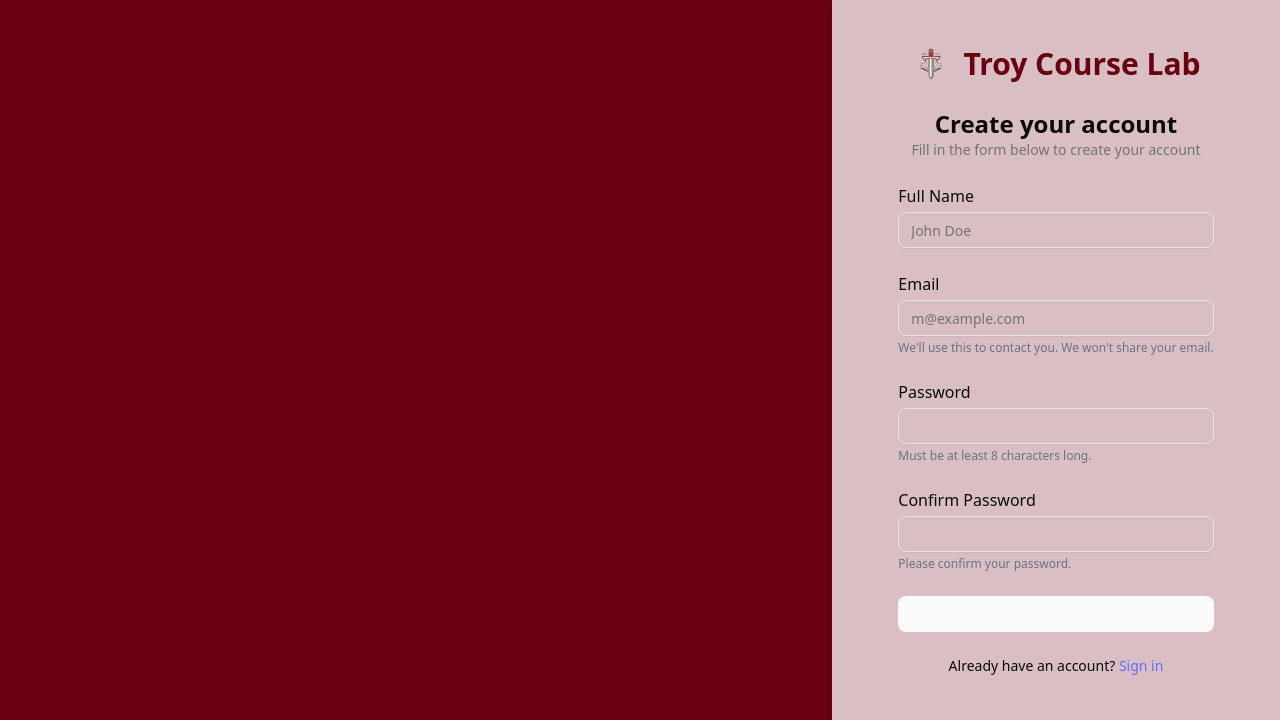
Repository: toilatrung/auth-ui-kit
Page: /register
The author's editor kept a copy of each file at every save. The page is drawn from the files as they stood at one save, then again after the next save.
The browser window is 1280 px wide. The pictures show the whole page.
The project was rebuilt for these pictures with package versions that can differ from the ones it lists, and the page was loaded fresh each time. Also part of the build but not shown: vite.config.ts, src/pages/LoginPage.tsx.

Above is the page before, as saved 2025-11-01 17:43:06.

### index.html
<!doctype html>
<html lang="vi">
  <head>
    <meta charset="UTF-8" />
    <link rel="icon" type="image/svg+xml" href="/troy_logo.svg" />
    <meta name="viewport" content="width=device-width, initial-scale=1.0" />
    <title>features_lib</title>
  </head>
  <body>
    <div id="root"></div>
    <script type="module" src="/src/main.tsx"></script>
  </body>
</html>

### src/index.css
@import url('https://fonts.googleapis.com/css2?family=Montserrat:ital,wght@0,100..900;1,100..900&display=swap');
@import "tailwindcss";
@import "tw-animate-css";

@custom-variant dark (&:is(.dark *));

:root {
  font-family: system-ui, Avenir, Helvetica, Arial, sans-serif;
  line-height: 1.5;
  font-weight: 400;

  color-scheme: light dark;
  color: rgba(255, 255, 255, 0.87);
  background-color: #242424;

  font-synthesis: none;
  text-rendering: optimizeLegibility;
  -webkit-font-smoothing: antialiased;
  -moz-osx-font-smoothing: grayscale;
  --radius: 0.625rem;
  --background: oklch(1 0 0);
  --foreground: oklch(0.145 0 0);
  --card: oklch(1 0 0);
  --card-foreground: oklch(0.145 0 0);
  --popover: oklch(1 0 0);
  --popover-foreground: oklch(0.145 0 0);
  --primary: oklch(0.205 0 0);
  --primary-foreground: oklch(0.985 0 0);
  --secondary: oklch(0.97 0 0);
  --secondary-foreground: oklch(0.205 0 0);
  --muted: oklch(0.97 0 0);
  --muted-foreground: oklch(0.556 0 0);
  --accent: oklch(0.97 0 0);
  --accent-foreground: oklch(0.205 0 0);
  --destructive: oklch(0.577 0.245 27.325);
  --border: oklch(0.922 0 0);
  --input: oklch(0.922 0 0);
  --ring: oklch(0.708 0 0);
  --chart-1: oklch(0.646 0.222 41.116);
  --chart-2: oklch(0.6 0.118 184.704);
  --chart-3: oklch(0.398 0.07 227.392);
  --chart-4: oklch(0.828 0.189 84.429);
  --chart-5: oklch(0.769 0.188 70.08);
  --sidebar: oklch(0.985 0 0);
  --sidebar-foreground: oklch(0.145 0 0);
  --sidebar-primary: oklch(0.205 0 0);
  --sidebar-primary-foreground: oklch(0.985 0 0);
  --sidebar-accent: oklch(0.97 0 0);
  --sidebar-accent-foreground: oklch(0.205 0 0);
  --sidebar-border: oklch(0.922 0 0);
  --sidebar-ring: oklch(0.708 0 0);
}

a {
  font-weight: 500;
  color: #646cff;
  text-decoration: inherit;
}
a:hover {
  color: #535bf2;
}

body {
  margin: 0;
  min-width: 320px;
  min-height: 100vh;
}

h1 {
  font-size: 3.2em;
  line-height: 1.1;
}

button {
  border-radius: 8px;
  border: 1px solid transparent;
  padding: 0.6em 1.2em;
  font-size: 1em;
  font-weight: 500;
  font-family: inherit;
  background-color: #1a1a1a;
  cursor: pointer;
  transition: border-color 0.25s;
}
button:hover {
  border-color: #646cff;
}
button:focus,
button:focus-visible {
  outline: 4px auto -webkit-focus-ring-color;
}

@media (prefers-color-scheme: light) {
  :root {
    color: #213547;
    background-color: #ffffff;
  }
  a:hover {
    color: #747bff;
  }
  button {
    background-color: #f9f9f9;
  }
}

@theme inline {
  --radius-sm: calc(var(--radius) - 4px);
  --radius-md: calc(var(--radius) - 2px);
  --radius-lg: var(--radius);
  --radius-xl: calc(var(--radius) + 4px);
  --color-background: var(--background);
  --color-foreground: var(--foreground);
  --color-card: var(--card);
  --color-card-foreground: var(--card-foreground);
  --color-popover: var(--popover);
  --color-popover-foreground: var(--popover-foreground);
  --color-primary: var(--primary);
  --color-primary-foreground: var(--primary-foreground);
  --color-secondary: var(--secondary);
  --color-secondary-foreground: var(--secondary-foreground);
  --color-muted: var(--muted);
  --color-muted-foreground: var(--muted-foreground);
  --color-accent: var(--accent);
  --color-accent-foreground: var(--accent-foreground);
  --color-destructive: var(--destructive);
  --color-border: var(--border);
  --color-input: var(--input);
  --color-ring: var(--ring);
  --color-chart-1: var(--chart-1);
  --color-chart-2: var(--chart-2);
  --color-chart-3: var(--chart-3);
  --color-chart-4: var(--chart-4);
  --color-chart-5: var(--chart-5);
  --color-sidebar: var(--sidebar);
  --color-sidebar-foreground: var(--sidebar-foreground);
  --color-sidebar-primary: var(--sidebar-primary);
  --color-sidebar-primary-foreground: var(--sidebar-primary-foreground);
  --color-sidebar-accent: var(--sidebar-accent);
  --color-sidebar-accent-foreground: var(--sidebar-accent-foreground);
  --color-sidebar-border: var(--sidebar-border);
  --color-sidebar-ring: var(--sidebar-ring);
}

.dark {
  --background: oklch(0.145 0 0);
  --foreground: oklch(0.985 0 0);
  --card: oklch(0.205 0 0);
  --card-foreground: oklch(0.985 0 0);
  --popover: oklch(0.205 0 0);
  --popover-foreground: oklch(0.985 0 0);
  --primary: oklch(0.922 0 0);
  --primary-foreground: oklch(0.205 0 0);
  --secondary: oklch(0.269 0 0);
  --secondary-foreground: oklch(0.985 0 0);
  --muted: oklch(0.269 0 0);
  --muted-foreground: oklch(0.708 0 0);
  --accent: oklch(0.269 0 0);
  --accent-foreground: oklch(0.985 0 0);
  --destructive: oklch(0.704 0.191 22.216);
  --border: oklch(1 0 0 / 10%);
  --input: oklch(1 0 0 / 15%);
  --ring: oklch(0.556 0 0);
  --chart-1: oklch(0.488 0.243 264.376);
  --chart-2: oklch(0.696 0.17 162.48);
  --chart-3: oklch(0.769 0.188 70.08);
  --chart-4: oklch(0.627 0.265 303.9);
  --chart-5: oklch(0.645 0.246 16.439);
  --sidebar: oklch(0.205 0 0);
  --sidebar-foreground: oklch(0.985 0 0);
  --sidebar-primary: oklch(0.488 0.243 264.376);
  --sidebar-primary-foreground: oklch(0.985 0 0);
  --sidebar-accent: oklch(0.269 0 0);
  --sidebar-accent-foreground: oklch(0.985 0 0);
  --sidebar-border: oklch(1 0 0 / 10%);
  --sidebar-ring: oklch(0.556 0 0);
}

@layer base {
  * {
    @apply border-border outline-ring/50;
  }
  body {
    @apply bg-background text-foreground;
  }
}

### src/App.tsx
import LoginPage from "./pages/LoginPage";
import RegisterPage from "./pages/RegisterPage";
import { BrowserRouter, Routes, Route } from "react-router-dom";

{/* TEST FEATURES */}
function App() {
  return (
    <>
      <BrowserRouter>
        <Routes>
          <Route
            path="/login"
            element={<LoginPage />}
          />
          <Route
            path="/register"
            element={<RegisterPage />}
          />
        </Routes>
      </BrowserRouter>
    </>
  )
}

export default App

### src/pages/RegisterPage.tsx
import { RegisterForm } from "@/components/auth/register-form"

const RegisterPage = () => {
  return (
    <div className="flex min-h-screen bg-[#680011]">
      {/* Phần form chiếm toàn bộ chiều cao, nằm bên phải */}
      <div className="flex flex-col justify-center items-center w-full max-w-md ml-auto bg-white/75 backdrop-blur-sm p-10 shadow-lg">
        {/* Logo + Title */}
        <div className="flex items-center justify-center gap-3 mb-6">
          <img
            src="/tcl_logo.svg"
            alt="Troy Logo"
            className="h-10 w-10"
          />
          <span className="text-3xl font-semibold text-[#680011]">
            Troy Course Lab
          </span>
        </div>

        {/* Form */}
        <RegisterForm />
      </div>
    </div>
  )
}

export default RegisterPage

### src/components/auth/register-form.tsx
import { z } from "zod"
import { useForm } from "react-hook-form"
import { zodResolver } from "@hookform/resolvers/zod"
import { cn } from "@/lib/utils"
import { Button } from "@/components/ui/button"
import { Input } from "@/components/ui/input"

const formSchema = z
  .object({
    name: z.string().min(1, "Full name is required"),
    email: z.string().email("Invalid email address"),
    password: z.string().min(8, "Password must be at least 8 characters"),
    confirmPassword: z.string().min(8, "Please confirm your password"),
  })
  .refine((data) => data.password === data.confirmPassword, {
    message: "Passwords do not match",
    path: ["confirmPassword"],
  })

type FormData = z.infer<typeof formSchema>

export function RegisterForm({ className, ...props }: React.ComponentProps<"form">) {
  const {
    register,
    handleSubmit,
    formState: { errors },
  } = useForm<FormData>({
    resolver: zodResolver(formSchema),
  })

  const onSubmit = (data: FormData) => {
    console.log("Form submitted:", data)
  }

  return (
    <form
      onSubmit={handleSubmit(onSubmit)}
      className={cn("flex flex-col gap-6 max-w-md mx-auto", className)}
      {...props}
    >
      <div className="text-center">
        <h2 className="text-2xl font-bold">Create your account</h2>
        <p className="text-muted-foreground text-sm">
          Fill in the form below to create your account
        </p>
      </div>

      <div className="flex flex-col gap-1">
        <label htmlFor="name" className="font-medium">Full Name</label>
        <Input id="name" type="text" placeholder="John Doe" {...register("name")} />
        {errors.name && <p className="text-sm text-red-500">{errors.name.message}</p>}
      </div>

      <div className="flex flex-col gap-1">
        <label htmlFor="email" className="font-medium">Email</label>
        <Input id="email" type="email" placeholder="m@example.com" {...register("email")} />
        {errors.email && <p className="text-sm text-red-500">{errors.email.message}</p>}
        <p className="text-xs text-gray-500">
          We&apos;ll use this to contact you. We won&apos;t share your email.
        </p>
      </div>

      <div className="flex flex-col gap-1">
        <label htmlFor="password" className="font-medium">Password</label>
        <Input id="password" type="password" {...register("password")} />
        {errors.password && <p className="text-sm text-red-500">{errors.password.message}</p>}
        <p className="text-xs text-gray-500">Must be at least 8 characters long.</p>
      </div>

      <div className="flex flex-col gap-1">
        <label htmlFor="confirmPassword" className="font-medium">Confirm Password</label>
        <Input id="confirmPassword" type="password" {...register("confirmPassword")} />
        {errors.confirmPassword && (
          <p className="text-sm text-red-500">{errors.confirmPassword.message}</p>
        )}
        <p className="text-xs text-gray-500">Please confirm your password.</p>
      </div>

      <Button type="submit">Create Account</Button>

      <p className="text-center text-sm">
        Already have an account? <a href="#" className="text-blue-500">Sign in</a>
      </p>
    </form>
  )
}

### src/components/ui/button.tsx
import * as React from "react"
import { Slot } from "@radix-ui/react-slot"
import { cva, type VariantProps } from "class-variance-authority"

import { cn } from "@/lib/utils"

const buttonVariants = cva(
  "inline-flex items-center justify-center gap-2 whitespace-nowrap rounded-md text-sm font-medium transition-all disabled:pointer-events-none disabled:opacity-50 [&_svg]:pointer-events-none [&_svg:not([class*='size-'])]:size-4 shrink-0 [&_svg]:shrink-0 outline-none focus-visible:border-ring focus-visible:ring-ring/50 focus-visible:ring-[3px] aria-invalid:ring-destructive/20 dark:aria-invalid:ring-destructive/40 aria-invalid:border-destructive",
  {
    variants: {
      variant: {
        default: "bg-primary text-primary-foreground hover:bg-primary/90",
        destructive:
          "bg-destructive text-white hover:bg-destructive/90 focus-visible:ring-destructive/20 dark:focus-visible:ring-destructive/40 dark:bg-destructive/60",
        outline:
          "border bg-background shadow-xs hover:bg-accent hover:text-accent-foreground dark:bg-input/30 dark:border-input dark:hover:bg-input/50",
        secondary:
          "bg-secondary text-secondary-foreground hover:bg-secondary/80",
        ghost:
          "hover:bg-accent hover:text-accent-foreground dark:hover:bg-accent/50",
        link: "text-primary underline-offset-4 hover:underline",
      },
      size: {
        default: "h-9 px-4 py-2 has-[>svg]:px-3",
        sm: "h-8 rounded-md gap-1.5 px-3 has-[>svg]:px-2.5",
        lg: "h-10 rounded-md px-6 has-[>svg]:px-4",
        icon: "size-9",
        "icon-sm": "size-8",
        "icon-lg": "size-10",
      },
    },
    defaultVariants: {
      variant: "default",
      size: "default",
    },
  }
)

function Button({
  className,
  variant,
  size,
  asChild = false,
  ...props
}: React.ComponentProps<"button"> &
  VariantProps<typeof buttonVariants> & {
    asChild?: boolean
  }) {
  const Comp = asChild ? Slot : "button"

  return (
    <Comp
      data-slot="button"
      className={cn(buttonVariants({ variant, size, className }))}
      {...props}
    />
  )
}

export { Button, buttonVariants }

### src/components/ui/input.tsx
import * as React from "react"

import { cn } from "@/lib/utils"

function Input({ className, type, ...props }: React.ComponentProps<"input">) {
  return (
    <input
      type={type}
      data-slot="input"
      className={cn(
        "file:text-foreground placeholder:text-muted-foreground selection:bg-primary selection:text-primary-foreground dark:bg-input/30 border-input h-9 w-full min-w-0 rounded-md border bg-transparent px-3 py-1 text-base shadow-xs transition-[color,box-shadow] outline-none file:inline-flex file:h-7 file:border-0 file:bg-transparent file:text-sm file:font-medium disabled:pointer-events-none disabled:cursor-not-allowed disabled:opacity-50 md:text-sm",
        "focus-visible:border-ring focus-visible:ring-ring/50 focus-visible:ring-[3px]",
        "aria-invalid:ring-destructive/20 dark:aria-invalid:ring-destructive/40 aria-invalid:border-destructive",
        className
      )}
      {...props}
    />
  )
}

export { Input }

Loaded but not shown: src/main.tsx (common file); src/lib/utils.ts (common file)

After the next save:
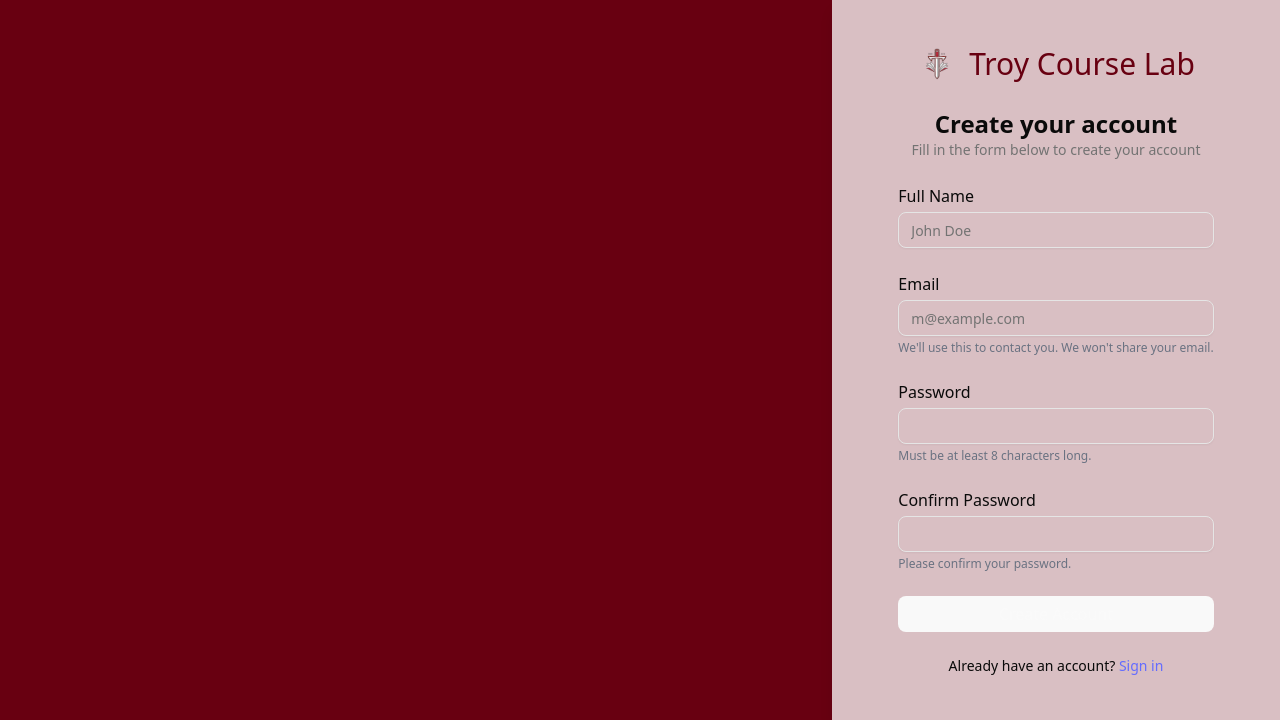
Saved 85 s later.
--- a/src/pages/RegisterPage.tsx
+++ b/src/pages/RegisterPage.tsx
@@ -12,7 +12,7 @@
             alt="Troy Logo"
             className="h-10 w-10"
           />
-          <span className="text-3xl font-semibold text-[#680011]">
+          <span className="text-3xl font-montserrat text-[#680011]">
             Troy Course Lab
           </span>
         </div>

After the save that followed:
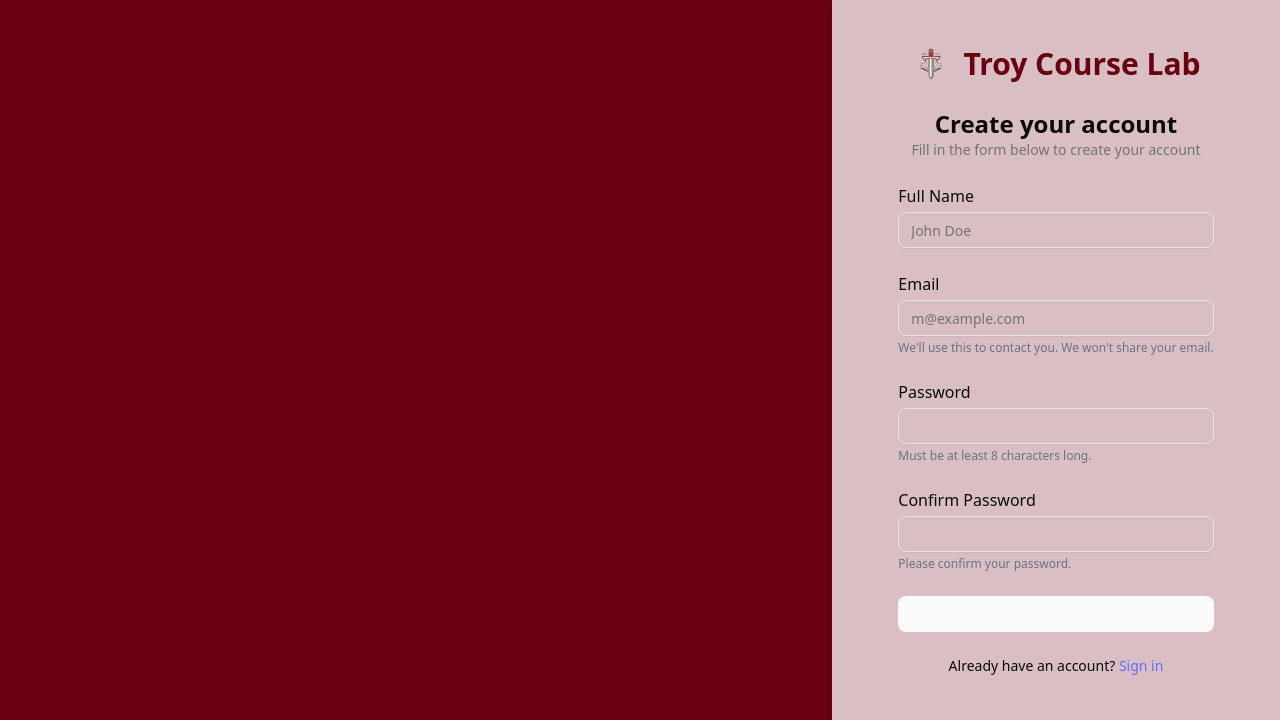
Saved 8 s later.
--- a/src/pages/RegisterPage.tsx
+++ b/src/pages/RegisterPage.tsx
@@ -12,7 +12,7 @@
             alt="Troy Logo"
             className="h-10 w-10"
           />
-          <span className="text-3xl font-montserrat text-[#680011]">
+          <span className="text-3xl font-montserrat font-bold text-[#680011]">
             Troy Course Lab
           </span>
         </div>
